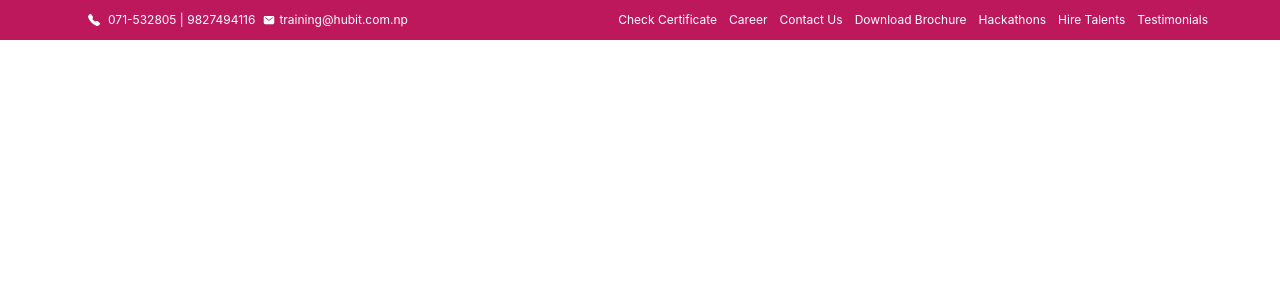
Repository: Sushant203/react-training-
Page: /
An editor plug-in stored every save of this project. The page is shown before and after the next save, followed by the edit.
The browser window is 1280 px wide. The pictures show the whole page.
The project was rebuilt for these pictures with package versions that can differ from the ones it lists, and the page was loaded fresh each time. Also part of the build but not shown: src/App.css.

Above is the page before, as saved 2022-12-15 01:18:00.

### src/App.js

import './App.css';
import UpperNav from './components/UpperNav';

function App() {
  return (
    <div>
      <UpperNav />
    </div>
  );
}

export default App;

### src/components/UpperNav.jsx
import React from "react";
import { BsFillTelephoneFill } from "react-icons/bs";
import { IoMail } from "react-icons/io5";
const UpperNav = () => {
  return (
    <div>
      <div className="flex w-full bg-pink-700 align-center px-2 py-2 text-white text-xs justify-between container">
        <div className="flex">
          <div className="flex gap-2 items-center ml-20">
            <BsFillTelephoneFill className="text-white" />
            <p>071-532805 | 9827494116</p>
          </div>
          <div className="flex gap-1 items-center px-2 py-1 text-xs">
            <IoMail className="" />
            <p>training@hubit.com.np</p>
          </div>
        </div>

        {/* right section */}
        <div className="flex gap-3 items-center text-xs mr-16">
          <div>Check Certificate</div>
          <div>Career</div>
          <div>Contact Us</div>
          <div>Download Brochure</div>
          <div>Hackathons</div>
          <div>Hire Talents</div>
          <div>Testimonials</div>
        </div>
      </div>
    </div>
  );
};

export default UpperNav;

Loaded but not shown: public/index.html (common file); src/index.js (common file); src/index.css (common file); src/reportWebVitals.js (common file); tailwind.config.js (common file)

After the next save:
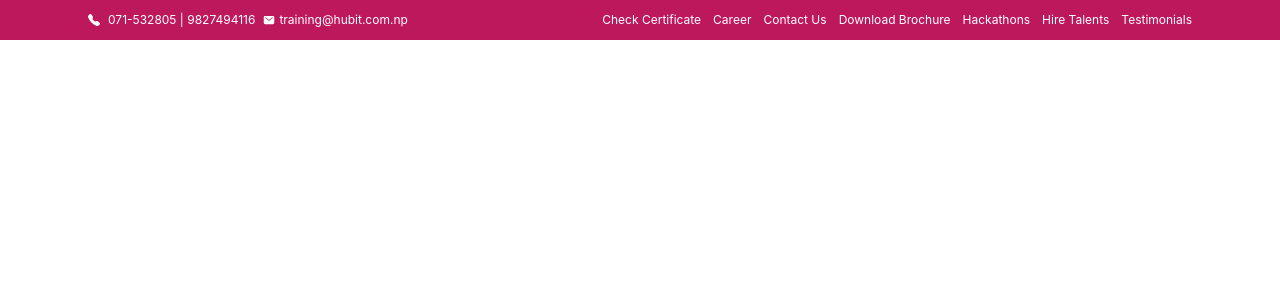
Saved 10 s later.
--- a/src/components/UpperNav.jsx
+++ b/src/components/UpperNav.jsx
@@ -17,7 +17,7 @@ const UpperNav = () => {
         </div>
 
         {/* right section */}
-        <div className="flex gap-3 items-center text-xs mr-16">
+        <div className="flex gap-3 items-center text-xs mr-20">
           <div>Check Certificate</div>
           <div>Career</div>
           <div>Contact Us</div>
